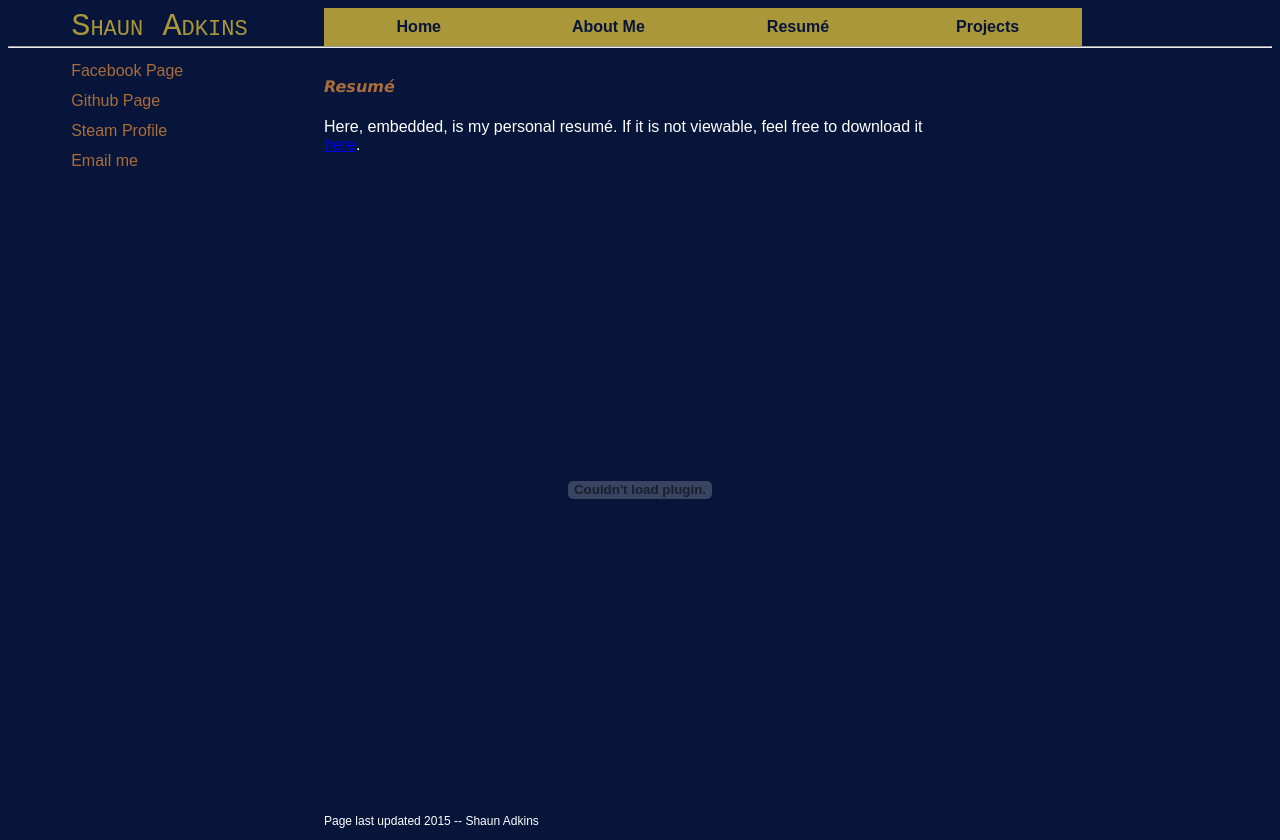
Repository: adkinsrs/sadkins_site
Page: html/resume.html
The author's editor kept a record of every edit. The page is drawn from the files as they stood at one moment, then again after the next edit.
The browser window is 1280 px wide. The pictures show the whole page.

Above is the page before.

After the next edit:
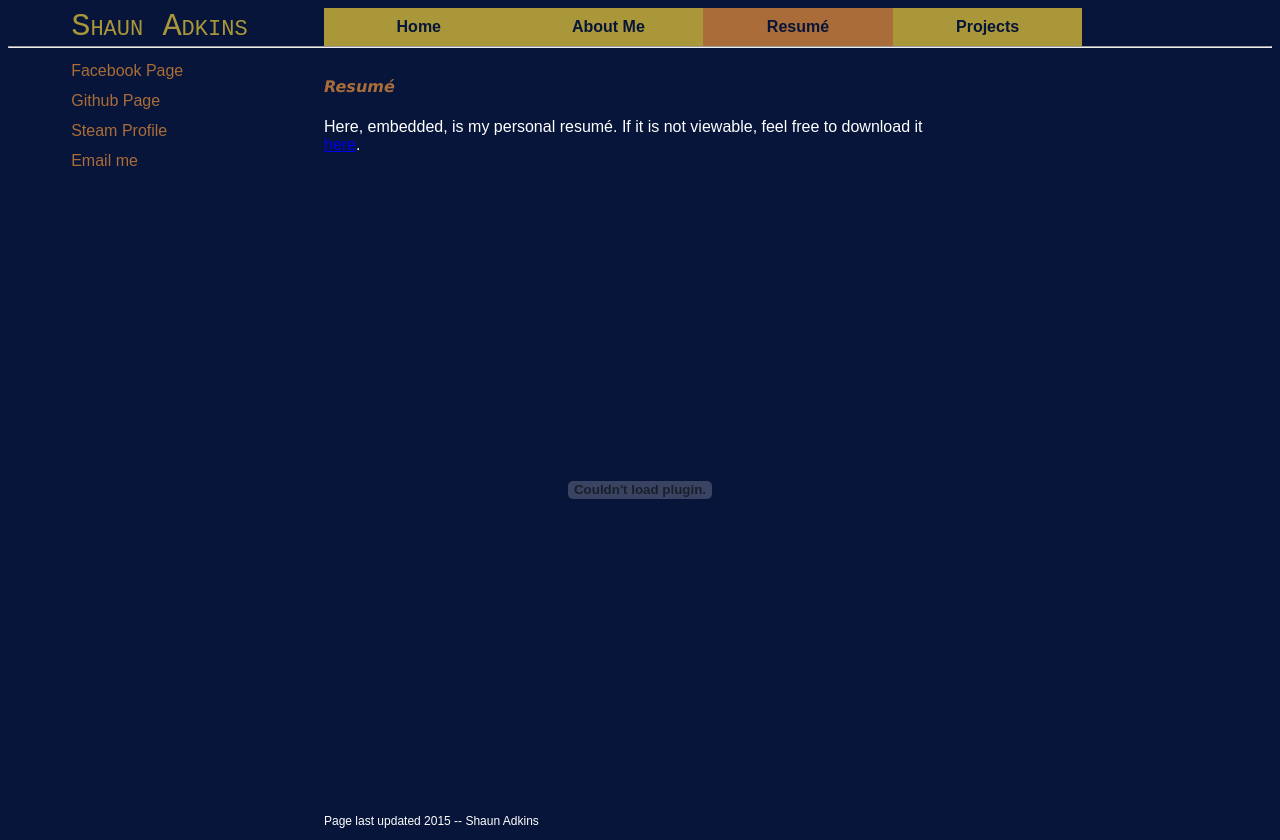
The edit:
--- a/html/resume.html
+++ b/html/resume.html
@@ -17,7 +17,7 @@
             <ul>
                 <li class="navmenu"><a class="otherpage" href="./home.html">Home</a></li>
                 <li class="navmenu"><a class="otherpage" href="./about.html">About Me</a></li>
-                <li class="navmenu"><a class="otherpage" href="./resume.html">Resum&#233;</a></li>
+                <li class="navmenu"><a class="current" href="./resume.html">Resum&#233;</a></li>
                 <li class="navmenu"><a class="otherpage" href="./projects.html">Projects</a></li>
             </ul>
         <nav>
